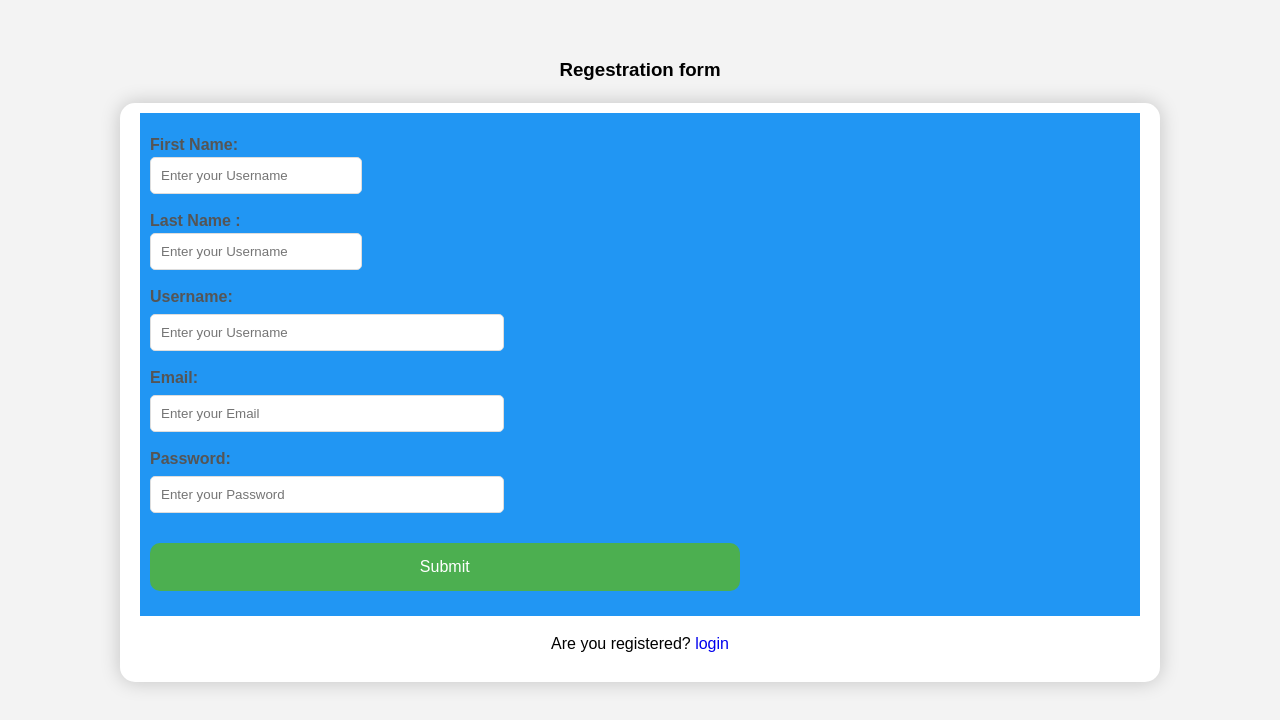
Repository: alizey12/Regestratin-Form-js
Page: regester.html
The author's editor kept a copy of each file at every save. The page is drawn from the files as they stood at one save, then again after a run of saves.
The browser window is 1280 px wide. The pictures show the whole page.

Above is the page before, as saved 2024-11-29 13:45:23.

### regester.html
<!DOCTYPE html>
<html lang="en">
<head>
    <meta charset="UTF-8">
    <meta name="viewport" content="width=device-width, initial-scale=1.0">
    <link rel="stylesheet" href="regester.css">
    <title>Regestration form</title>
</head>
<body>
<h3>Regestration form</h3>


    <div class="main">

    <div class="grid-container">
        <form action="">
            <label for="first">
                First Name:
                <input type="text" id="first" name="first"
                placeholder="Enter your Username" required>

            </label>
            <label for="second">
            Last Name :
                <input type="text" id="first" name="first"
                placeholder="Enter your Username" required>

            </label>
            <label for="first">
                Username:

            </label>
            <input type="text" id="first" name="first"
                placeholder="Enter your Username" required>

                <label for="first">
                    Email:
                </label>
                <input type="email" id="first" name="email"
                    placeholder="Enter your Email" required>

            <label for="password">
                Password:
            </label>
            <input type="password" id="password" name="password"
                placeholder="Enter your Password" required>

            <div class="wrap">
                <button type="submit">
                    Submit
                </button>
            </div>
        </form>
    </div>


        <p>Are you registered?
            <a href="signin.html" style="text-decoration: none;">
               login
            </a>
        </p>
    </div>


</body>
</html>

### regester.css


body {
    display: flex;
    align-items: center;
    justify-content: center;
    font-family: sans-serif;
    line-height: 1.5;
    min-height: 100vh;
    background: #f3f3f3;
    flex-direction: column;
    margin: 0;
}
.main {
    background-color: #fff;
    border-radius: 15px;
    box-shadow: 0 0 20px rgba(0, 0, 0, 0.2);
    padding: 10px 20px;
    transition: transform 0.2s;
    width: 1000px;
    text-align: center;
}

h1 {
    color: #4CAF50;
}

label {
    display: block;
    width: 60%;
    margin-top: 10px;
    margin-bottom: 5px;
    text-align: left;
    color: #555;
    font-weight: bold;
}

input {
    display: block;
    width: 60%;
    margin-bottom: 15px;
    padding: 10px;
    box-sizing: border-box;
    border: 1px solid #ddd;
    border-radius: 5px;
}

button {
    padding: 15px;
    border-radius: 10px;
    margin-top: 15px;
    margin-bottom: 15px;
    border: none;
    color: white;
    cursor: pointer;
    background-color: #4CAF50;
    width: 100%;
    font-size: 16px;
}

.wrap {
    display: flex;
    justify-content: center;
    align-items: center;
}



.grid-container{
    display: grid;
    grid-template-columns: auto auto;
    background-color: #2196F3;
    padding: 10px;
}

After the next 4 saves:
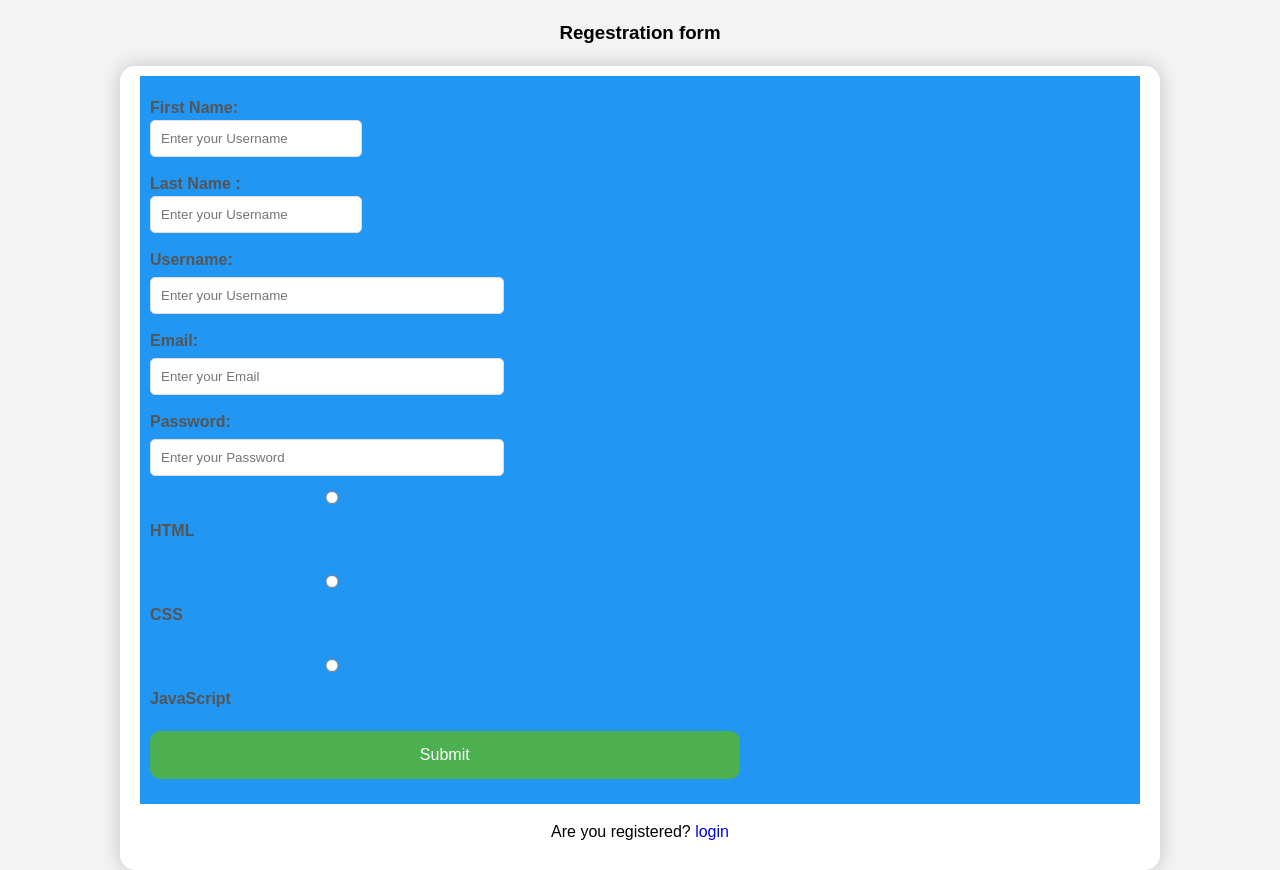
The 4 saves are shown as one change because they came seconds apart.
The last was saved 89 s later.
--- a/regester.html
+++ b/regester.html
@@ -45,6 +45,16 @@
             <input type="password" id="password" name="password"
                 placeholder="Enter your Password" required>
 
+
+
+                <input type="radio" id="html" name="fav_language" value="HTML">
+                <label for="html">HTML</label><br>
+                <input type="radio" id="css" name="fav_language" value="CSS">
+                <label for="css">CSS</label><br>
+                <input type="radio" id="javascript" name="fav_language" value="JavaScript">
+                <label for="javascript">JavaScript</label>
+
+
             <div class="wrap">
                 <button type="submit">
                     Submit
